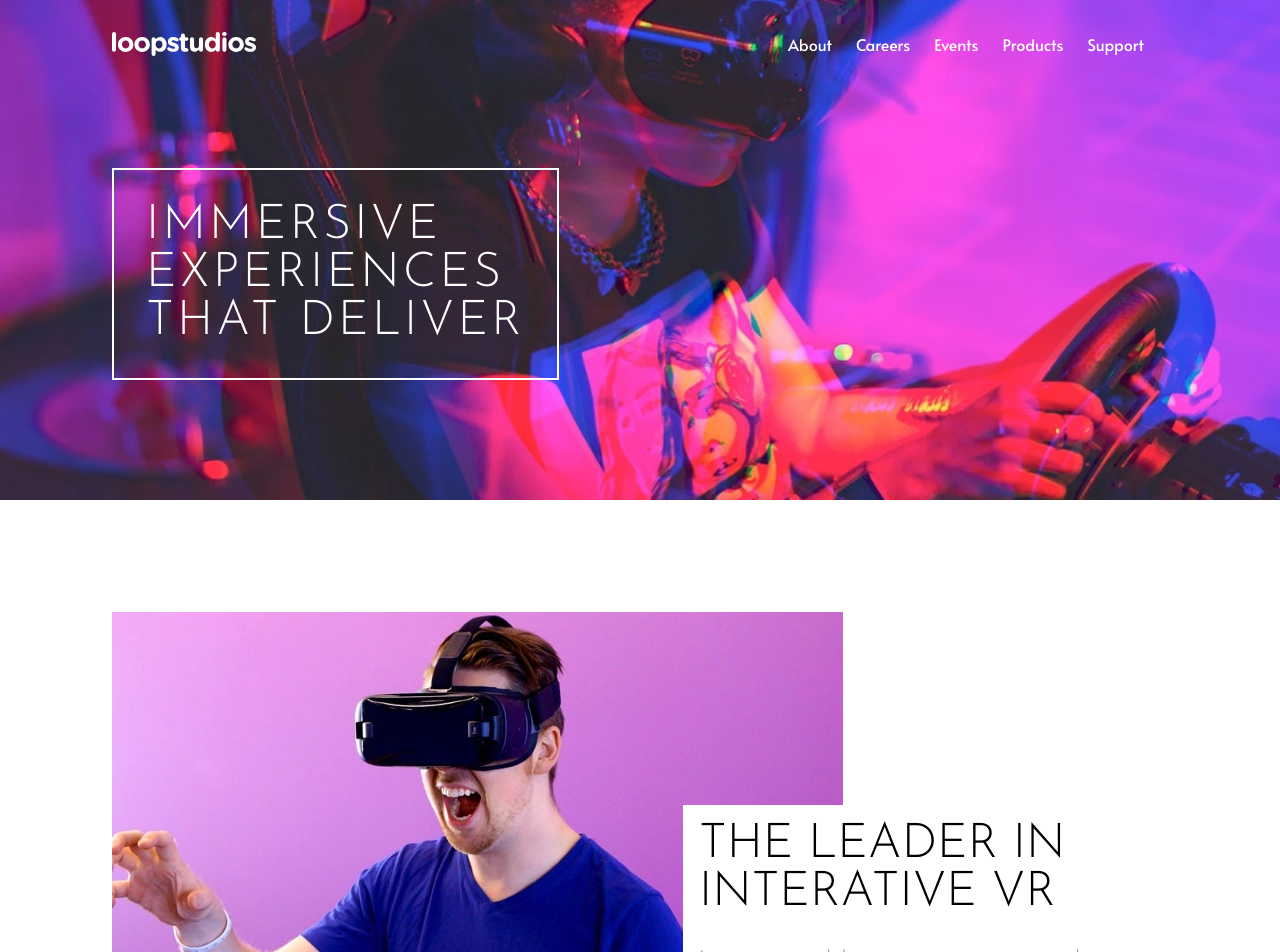
Repository: gligor99/loopstudios-fm
Page: /
The author's editor kept a copy of each file at every save. The page is drawn from the files as they stood at one save, then again after the next save.
The browser window is 1280 px wide. The pictures show the part of the page from y = 0 to 952 px (the page is 3174 px tall before and 3227 px after).
Backgrounds fixed to the window are drawn as part of the page. The project was rebuilt for these pictures with package versions that can differ from the ones it lists, and the page was loaded fresh each time.

Above is the page before, as saved 2021-11-28 23:35:32.

### src/index.css
@import url("https://fonts.googleapis.com/css2?family=Alata&family=Josefin+Sans:wght@300&display=swap");

:root {
  --clr-white: hsl(0, 0%, 100%);
  --clr-black: hsl(0, 0%, 0%);
  --clr-dark-gray: hsl(0, 0%, 55%);
  --clr-very-dark-gray: hsl(0, 0%, 41%);
}

*,
::after,
::before {
  margin: 0;
  padding: 0;
  box-sizing: border-box;
}

body {
  font-family: "Alata", sans-serif;
  background: var(--clr-light-grayish-cyan);
  color: var(--clr-grey-1);
  font-size: 1rem;
}

### src/App.jsx
import { useState } from "react";
import About from "./components/About/About";
import Creations from "./components/Creations/Creations";
import Footer from "./components/Footer/Footer";
import Hero from "./components/Hero/Hero";
// import Navbar from "./components/Navbar/Navbar";


function App() {
  const [toggle, setToggle] = useState(false)

  return (
    <div className="App">
      {/* <Navbar /> */}
      <Hero />
      <About />
      <Creations />
      <Footer />
    </div>
  );
}

export default App;

### src/components/About/About.jsx
import "./about.css";
import image from "../../assets/desktop/image-interactive.jpg";

const About = () => {
  return (
    <div className="about-container">
      <img className="image-interactive" src={image} alt="interactive.jpg" />
      <div className="about-content">
        <h1 className="about-title">The leader in <br />interative VR</h1>
        <p className="about-p">
          Lorem ipsum dolor, sit amet consectetur adipisicing elit. Nemo
          molestiae commodi libero repellendus, aut quod accusamus! Rerum
          repellat voluptatibus repudiandae? Dolor eligendi doloribus esse
          dolorum accusamus ducimus facere consectetur quidem! Dolor eligendi doloribus esse
          dolorum accusamus ducimus facere consectetur quidem!
        </p>
      </div>
    </div>
  );
};

export default About;

### src/components/Creations/Creations.jsx
import './creations.css'
import data from '../../data'
import Card from '../Card/Card';

const Creations = () => {
  return <div className="creation-container">
      <div className="creation-header">
          <h1 className="creation-title">
              Our Creations
          </h1>
          <button className="creation-btn">
              See All
          </button>
      </div>
      <div className="creation-cards">
          {data.map((item) => {
              return <Card key={item.id} item={item} />
          })}
      </div>
  </div>;
};

export default Creations;

### src/components/Footer/Footer.jsx
import "./footer.css";
import logo from "../../assets/logo.svg";
import fb from "../../assets/icon-facebook.svg";
import instagram from "../../assets/icon-instagram.svg";
import pinterest from "../../assets/icon-pinterest.svg";
import twittter from "../../assets/icon-twitter.svg";

const Footer = () => {
  return (
    <div className="footer-container">
      <div className="left-content">
        <img className="logo" src={logo} alt="footerLogo.svg" />
        <ul className="links">
          <li>
            <a href="/about">About</a>
          </li>
          <li>
            <a href="/careers">Careers</a>
          </li>
          <li>
            <a href="/events">Events</a>
          </li>
          <li>
            <a href="/products">Products</a>
          </li>
          <li>
            <a href="/support">Support</a>
          </li>
        </ul>
      </div>
      <div className="right-content">
        <div className="social">
          <img className='social-icon' src={fb} alt="fbIcon.svg" />
          <img className='social-icon' src={instagram} alt="instaIcon.svg" />
          <img className='social-icon'  src={pinterest} alt="pinterestIcon.svg" />
          <img className='social-icon' src={twittter} alt="twitterIcon.svg" />
        </div>
        <p className="copy">
          &copy;
          {`  ${new Date().getFullYear()} Loopstudios | All Rights Reserved`}
        </p>
      </div>
    </div>
  );
};

export default Footer;

### src/components/Hero/Hero.jsx
import React from "react";
import Navbar from "../Navbar/Navbar";
import "./hero.css";

const Hero = () => {
  return (
      <div className="container">
        <Navbar />
        <div className="container-content">
          <h1 className="title">
            Immersive <br /> experiences <br />
            that deliver
          </h1>
        </div>
      </div>
  );
};

export default Hero;

### src/components/About/about.css
.about-container {
  display: flex;
  justify-content: center;
  align-items: flex-end;
  margin: auto;
  padding: 7rem;
}

.image-interactive {
  height: 80%;
  z-index: -1;
}
.about-content {
  background-color: var(--clr-white);
  z-index: 1;
  height: 80%;
  padding: 4rem;
  margin-left: -10rem;
}

.about-title {
  font-family: "Josefin Sans", sans-serif;
  font-weight: 100;
  font-size: 3rem;
  text-transform: uppercase;
}

.about-p {
  color: var(--clr-dark-gray);
  font-family: "Josefin Sans", sans-serif;
  font-size: 1.3rem;
  padding-top: 2rem;
}

@media only screen and (max-width: 1300px) {
  .about-content {
    padding: 1rem;
    margin-left: -10rem;
  }
}
@media only screen and (max-width: 1210px) {
  .about-content {
    padding: 1rem;
    margin-left: -10rem;
  }
}
@media only screen and (max-width: 1110px) {
  .about-content {
    padding: 1rem;
    margin-left: -15rem;
  }
}
@media only screen and (max-width: 850px) {
  .about-container {
    flex-direction: column;
  }
  .image-interactive {
    width: 100%;
    order: 2;
  }
  .about-content{
    margin-top: -2rem;
    width: 100%;
    padding: 0;
  }
}

### src/components/Creations/creations.css
.creation-header {
  display: flex;
  flex-direction: row;
  justify-content: space-between;
  padding-left: 7rem;
  padding-right: 7rem;
  padding-bottom: 2rem;
}

.creation-title {
  font-family: "Josefin Sans", sans-serif;
  font-size: 3rem;
  text-transform: uppercase;
  font-weight: 100;
}

.creation-btn {
  border: none;
  background-color: var(--clr-black);
  border: 2px solid black;
  color: var(--clr-white);
  text-transform: uppercase;
  padding: 0 3rem 0 3rem;
  cursor: pointer;
  font-weight: 700;
  letter-spacing: 0.2rem;
  transition: 0.2s ease-in;
}
.creation-btn:hover {
  background-color: var(--clr-white);
  color: var(--clr-black);
  border: 2px solid black;
}

.creation-cards {
  padding: 0 5rem 0 5rem;
  display: flex;
  justify-content: space-between;
  flex-wrap: wrap;
  width: 100%;
}

@media only screen and (max-width: 840px) {
  .creation-header{
    flex-direction: column;
    justify-content: center;
    align-items: flex-starst;
  }
  .creation-title {
    padding-bottom: 0.5rem;
  }
  .creation-btn {
    padding: 1rem;
    width: 30%;
  }
}

@media only screen and (max-width: 806px) {
  .creation-cards {
    flex-direction: column;
    justify-content: center;
    align-content: center;
  }
}

### src/data.js
const data = [
  {
    id: 1,
    title: "Deep Earth",
    img: "https://i.ibb.co/mtd0XJx/image-deep-earth.jpg",
  },
  {
    id: 2,
    title: "Night  Arcade",
    img: "https://i.ibb.co/5Wcqskt/image-night-arcade.jpg",
  },
  {
    id: 3,
    title: "Soccer Team VR",
    img: "https://i.ibb.co/fFDbQDR/image-soccer-team.jpg",
  },
  {
    id: 4,
    title: "The Grid",
    img: "https://i.ibb.co/r59dNbs/image-grid.jpg",
  },
  {
    id: 5,
    title: "From up Above VR",
    img: "https://i.ibb.co/PYK37pW/image-from-above.jpg",
  },
  {
    id: 6,
    title: "Pocket Borealis",
    img: "https://i.ibb.co/9hsnGFt/image-pocket-borealis.jpg",
  },
  {
    id: 7,
    title: "The curiosity",
    img: "https://i.ibb.co/fQZHkXQ/image-curiosity.jpg",
  },
  {
    id: 8,
    title: "Make it fisheye",
    img: "https://i.ibb.co/D506TGt/image-fisheye.jpg",
  },
];

export default data;

### src/components/Card/Card.jsx
import "./card.css";

const Card = ({ item }) => {
  return (
    <div
      className="card-container"
      style={{
        backgroundImage: `url(${item.img})`,
        backgroundRepeat: "no-repeat"
      }}
    >
      <h4 className="card-title">{item.title}</h4>
    </div>
  );
};

export default Card;

### src/components/Footer/footer.css
.footer-container {
  background-color: var(--clr-black);
  padding: 3rem 7rem 3rem 7rem;
  display: flex;
  justify-content: space-between;
  align-items: center;
}
.copy {
  color: var(--clr-dark-gray);
  font-family: "Josefin Sans", sans-serif;
  font-size: 1.1rem;
  font-weight: 700;
}

.links {
  padding-top: 2rem;
}

.right-content {
  display: flex;
  flex-direction: column;
  justify-content: flex-end;
}

.social {
  padding-bottom: 2rem;
  text-decoration: none;
  display: flex;
  justify-content: flex-end;
}
.social-icon {
  padding-left: 2rem;
}

@media only screen and (max-width: 850px) {
  .footer-container {
    flex-direction: column;
    justify-content: center;
  }

  .social {
    padding-top: 2rem;
    justify-content: center;
  }
  .copy{
    text-align: center;
  }
}

### src/components/Navbar/Navbar.jsx
import logo from "../../assets/logo.svg";
import "./navbar.css";

const Navbar = () => {
  return (
    <div className="wrapper">
      <img src={logo} alt="logo.svg" />
      <ul>
        <li>
          <a href="/about">About</a>
        </li>
        <li>
          <a href="/careers">Careers</a>
        </li>
        <li>
          <a href="/events">Events</a>
        </li>
        <li>
          <a href="/products">Products</a>
        </li>
        <li>
          <a href="/support">Support</a>
        </li>
      </ul>
    </div>
  );
};

export default Navbar;

### src/components/Hero/hero.css
.container {
  background: url("../../assets/desktop/image-hero.jpg");
  background-repeat: no-repeat;
  background-attachment: fixed;
  background-size: cover;
  height: 500px;
}
.container-content {
  display: flex;
  margin-top: 5rem;
  margin-left: 7rem;
}

.title {
  border: 2px solid var(--clr-white);
  padding: 2rem;
  text-transform: uppercase;
  font-family: "Josefin Sans", sans-serif;
  font-size: 3rem;
  font-weight: 100;
  letter-spacing: 0.2rem;
  color: white;
}

### src/components/Card/card.css
.card-container {
  position: relative;
  margin: 2rem;
  transition: 0.2s ease-in;
  cursor: pointer;
  height: 500px;
        width: 250px;
}

.card-container:hover {
  opacity: 50%;
  color: var(--clr-black);
}

.card-title {
  position: absolute;
  bottom: 3rem;
  text-transform: uppercase;
  font-family: "Josefin Sans", sans-serif;
  font-weight: 100;
  font-size: 2rem;
  color: var(--clr-white);
  padding: 2rem;
  width: 100%;
}

### src/components/Navbar/navbar.css
.wrapper {
  display: flex;
  flex-direction: row;
  justify-content: space-between;
  align-items: center;
  margin: auto;
  padding: 2rem 7rem 2rem 7rem;
  background-color: transparent;
}
img {
  height: 1.5rem;
}
ul {
  display: flex;
  flex-wrap: nowrap;
  justify-content: space-evenly;
}
li {
  list-style-type: none;
  padding-right: 1.5rem;
}
a {
  position: relative;
  display: inline-block;
  text-decoration: none;
  color: var(--clr-white);
}
a:after {
  content: "";
  position: absolute;
  left: 0;
  top: 100%;
  width: 0;
  height: 1.8px;
  background-color: var(--clr-white);
  transition: width 0.2s ease-in-out;
}
a:hover:after {
  width: 100%;
}

### src/components/Sidebar/Sidebar.jsx
import closeIcon from "../../assets/icon-close.svg";
import logo from '../../assets/logo.svg'

const Sidebar = () => {
  return (
    <div className="sidebar-container">
      <aside>
        <div className="sidebar-header">
          <img src={logo} className="logo" alt="logo-sb" />
          <button className="close-btn" type="button">
            <img src={closeIcon} alt="closeIcon.svg" />
          </button>
        </div>
        <ul>
          <li>
            <a href="/about">About</a>
          </li>
          <li>
            <a href="/careers">Careers</a>
          </li>
          <li>
            <a href="/events">Events</a>
          </li>
          <li>
            <a href="/products">Products</a>
          </li>
          <li>
            <a href="/support">Support</a>
          </li>
        </ul>
      </aside>
    </div>
  );
};

export default Sidebar;

Loaded but not shown: public/index.html (common file); src/index.jsx (common file)

After the next save:
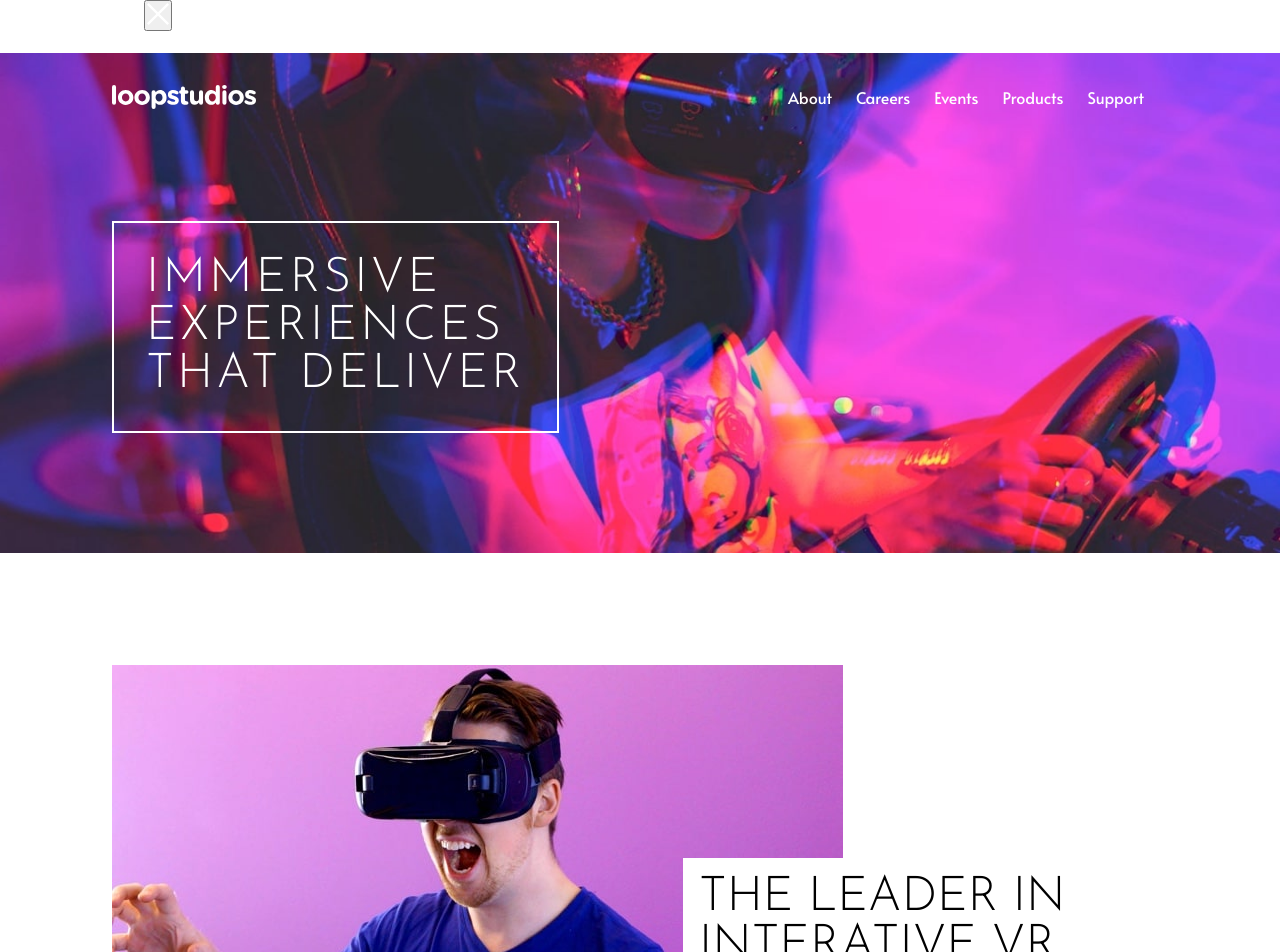
Saved 15 s later.
--- a/src/App.jsx
+++ b/src/App.jsx
@@ -3,6 +3,7 @@ import About from "./components/About/About";
 import Creations from "./components/Creations/Creations";
 import Footer from "./components/Footer/Footer";
 import Hero from "./components/Hero/Hero";
+import Sidebar from "./components/Sidebar/Sidebar";
 // import Navbar from "./components/Navbar/Navbar";
 
 
@@ -12,6 +13,7 @@ function App() {
   return (
     <div className="App">
       {/* <Navbar /> */}
+      <Sidebar />
       <Hero />
       <About />
       <Creations />
